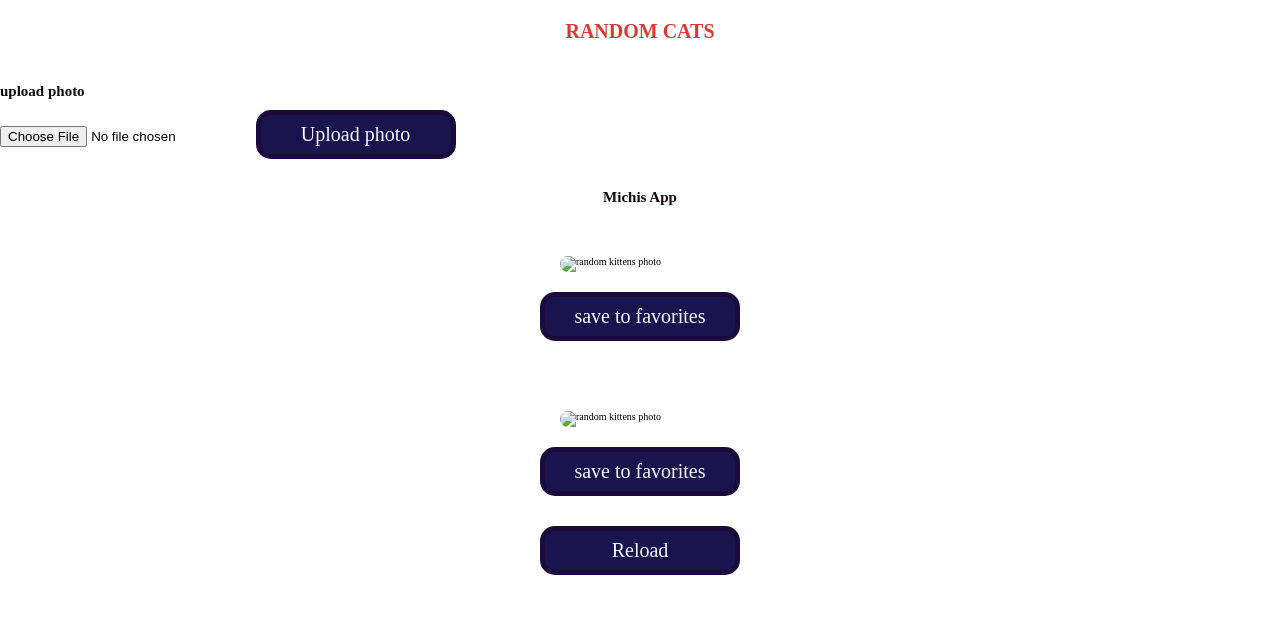
Repository: elto82/ConsumoAPIRESTjs
Page: index.html
An editor plug-in stored every save of this project. The page is shown before and after the next save, followed by the edit.
The browser window is 1280 px wide. The pictures show the whole page.
The page's requests for data from a server got no answer.

Above is the page before, as saved 2022-07-04 21:50:11.

After the next save:
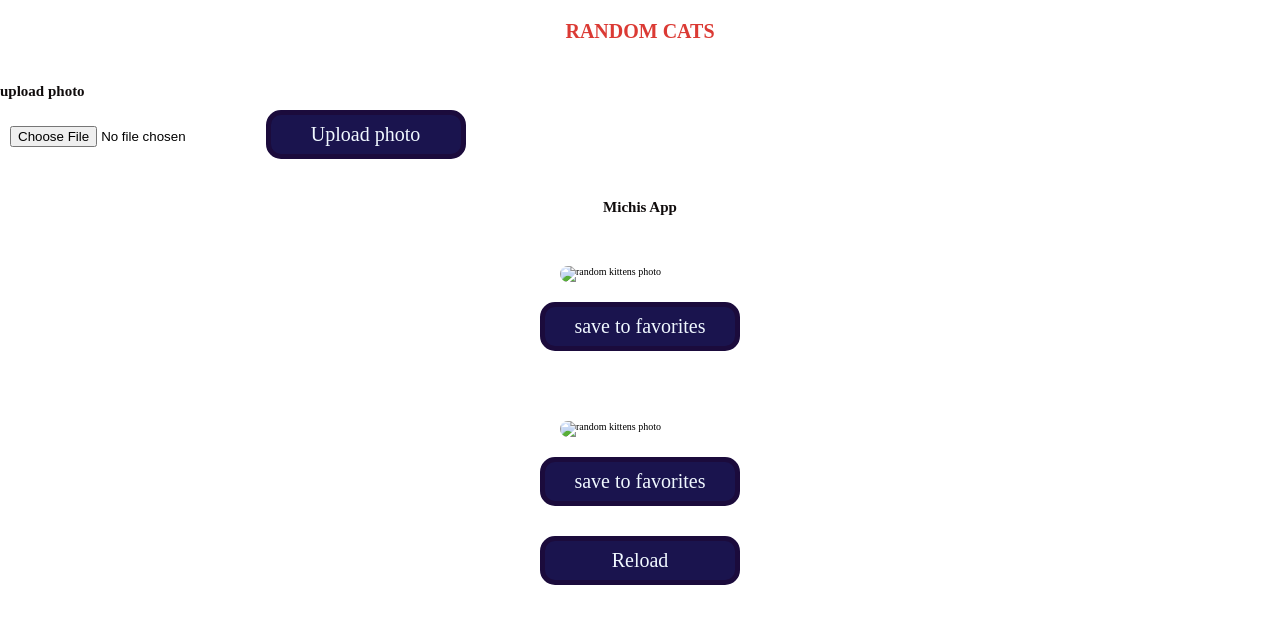
Saved 15 s later.
--- a/style.css
+++ b/style.css
@@ -81,7 +81,7 @@ article{
 }
 
 #uploadingForm{
-  border-radius: 55px;
+  margin: 1rem;
 
 }
 background-color: rgb(26, 20, 78);
